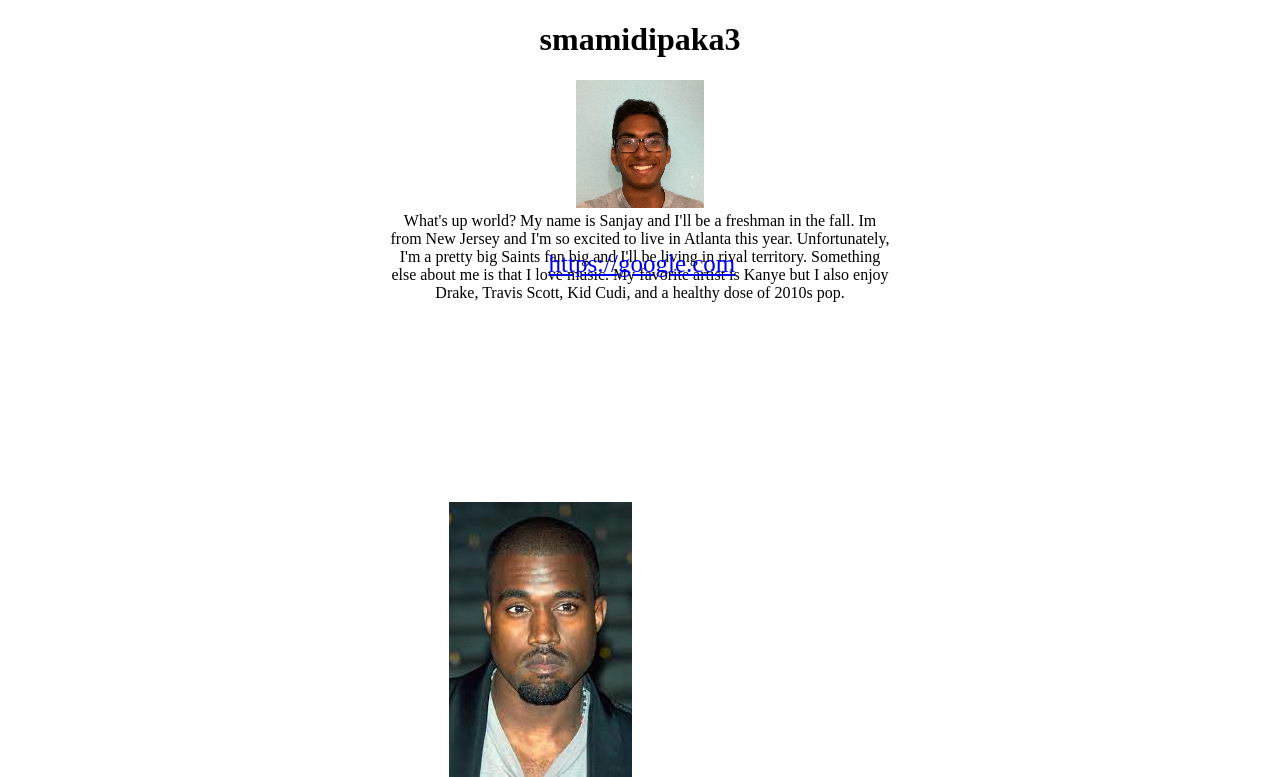
Repository: sanjayMamidipaka/cs1301
Page: lab01/index.html
An editor plug-in stored every save of this project. The page is shown before and after the next save, followed by the edit.
The browser window is 1280 px wide. The pictures show the whole page.

Above is the page before, as saved 2021-07-22 16:18:17.

After the next save:
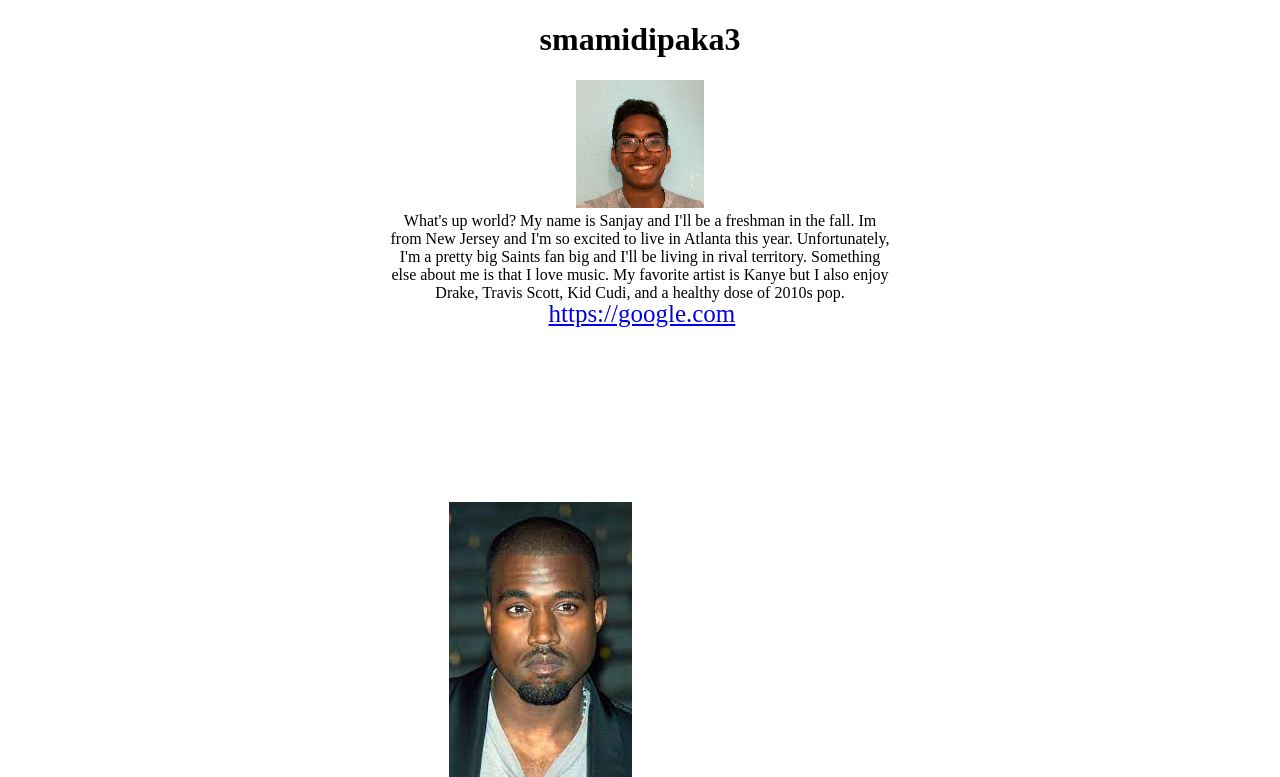
Saved 8 s later.
--- a/lab01/style.css
+++ b/lab01/style.css
@@ -11,7 +11,7 @@
 .link {
     font-size: 25px;
     position: absolute;
-    top: 250px;
+    top: 300px;
 }
 
 .kanye {
